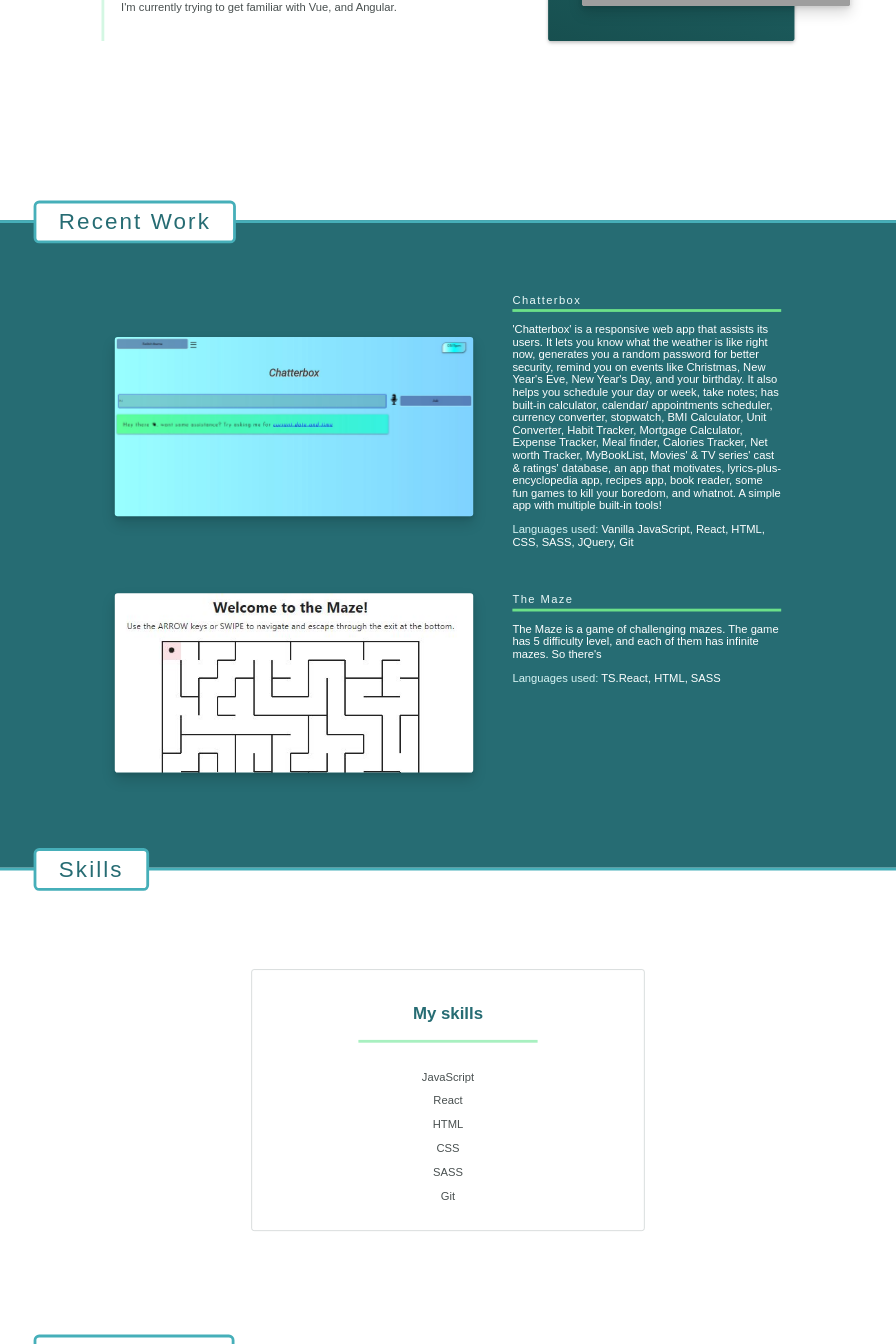
Repository: Abbaskhurram255/port
Page: /
An editor plug-in stored every save of this project. The page is shown before and after the next save, followed by the edit.
The browser window is 1280 px wide. The pictures show the part of the page from y = 552 to 2472 px (the page is 2782 px tall), at 70% of full size.
Pictures or frames that could not be fetched are drawn as grey boxes. The page's requests for data from a server got no answer. Some web fonts or font styles are not loaded; a fallback is used. Some web libraries are served in a nearby version. The project was rebuilt for these pictures with package versions that can differ from the ones it lists, and the page was loaded fresh each time. No one was signed in, and anything a server would have sent is missing.

Above is the page before, as saved 2020-12-03 23:19:16.

After the next save:
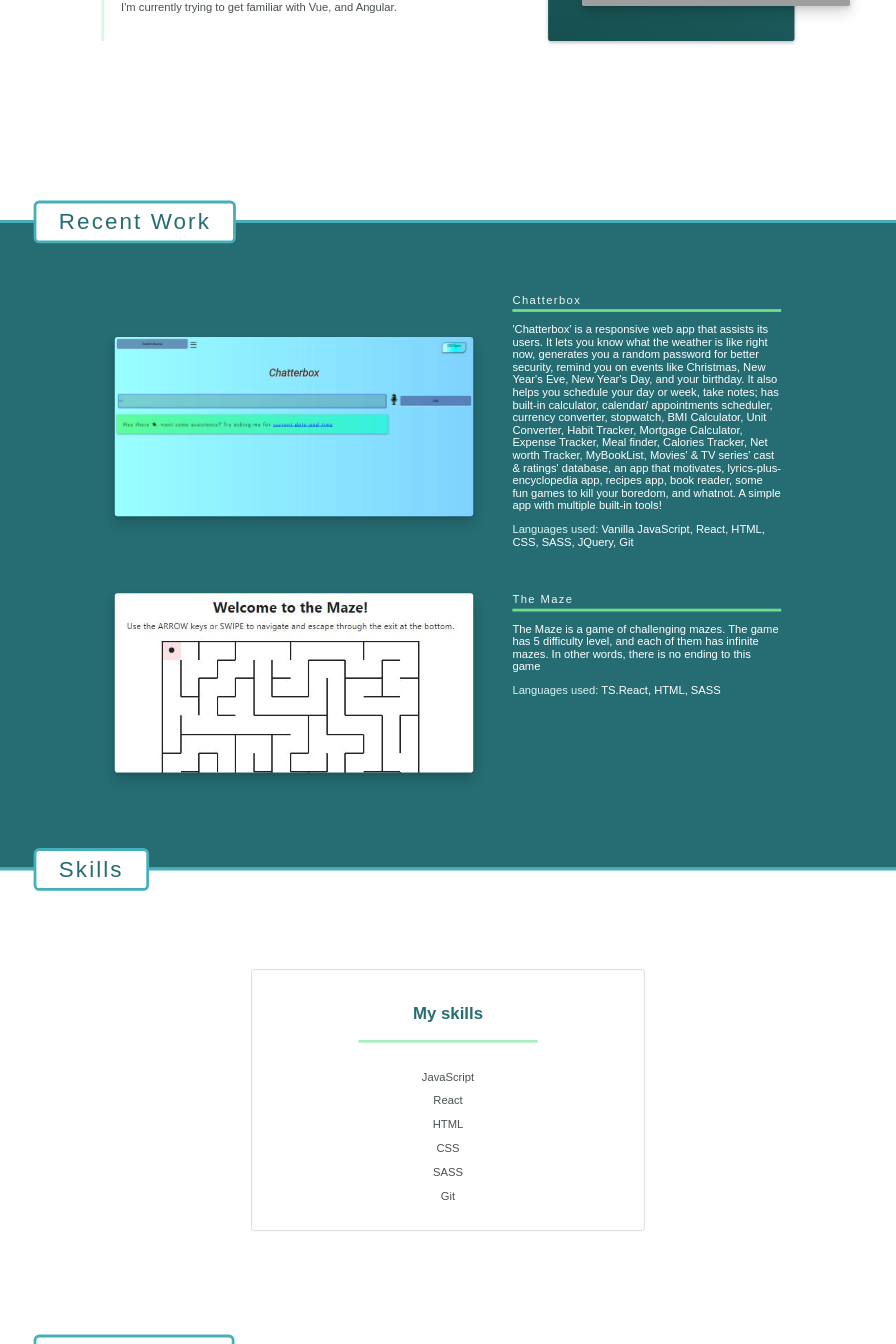
Saved 49 s later.
--- a/src/utils/data.ts
+++ b/src/utils/data.ts
@@ -20,7 +20,7 @@
   },
   {
     description:
-      "The Maze is a game of challenging mazes. The game has 5 difficulty level, and each of them has infinite mazes. So there's",
+      "The Maze is a game of challenging mazes. The game has 5 difficulty level, and each of them has infinite mazes. In other words, there is no ending to this game",
     image: "maze",
     name: "The Maze",
     sourceCode: "https://github.com/Abbaskhurram255/maze/",
